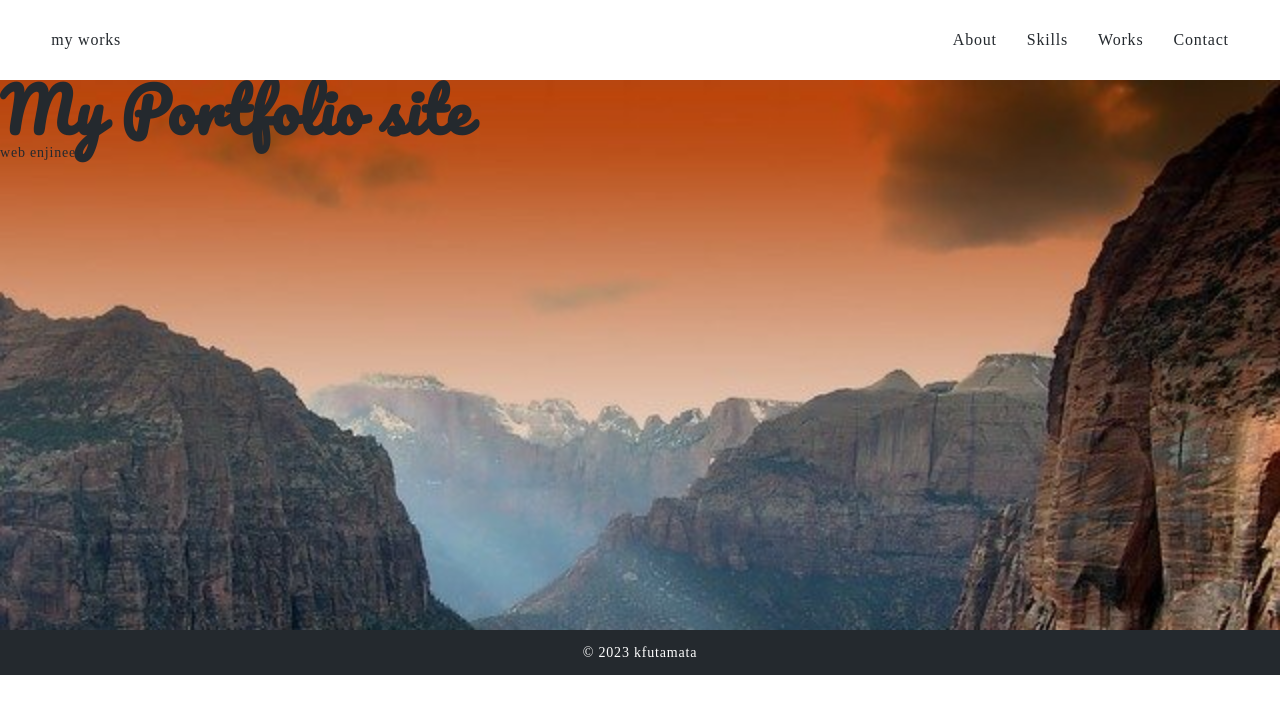
Repository: F-ksk/portfolio
Page: index.html
An editor plug-in stored every save of this project. The page is shown before and after the next save, followed by the edit.
The browser window is 1280 px wide. The pictures show the whole page.

Above is the page before, as saved 2023-06-28 01:30:29.

### index.html
<!DOCTYPE html>
<html>
    <head>
        <meta charset="UTF-8" />
        <meta http-equiv="X-UA-Compatible" content="IE=edge" />
        <meta name="viewport" content="width=device-width, initial-scale=1.0" />
        <meta name="robots" content="noindex" />
        <title>My Portfolio</title>
        <link rel="stylesheet" href="css/reset.css" />
        <link rel="stylesheet" href="css/style.css" />
    </head>
    <body>

        <header>
            <a href="index.html">my works</a>
            <nav>
                <ul>
                    <li>About</li>
                    <li>Skills</li>
                    <li>Works</li>
                    <li>Contact</li>
                </ul>
            </nav>
        </header>

        <div class="main-visual">
            <div>
                <h1>My Portfolio site</h1>
                <p>web enjineer</p>
            </div>
        </div>
        <footer>
            <p>&copy; 2023 kfutamata</p>
        </footer>
    </body>
</html>

### css/style.css
@charset "UTF-8";
@import url('https://fonts.googleapis.com/css2?family=Roboto:wght@100;300;400;500;700;900&display=swap');
@import url('https://fonts.googleapis.com/css2?family=Noto+Sans+JP:wght@300;400;500;700;900&display=swap');
@import url('https://fonts.googleapis.com/css2?family=Pacifico&display=swap');

html {
  font-size: 100%;
}

body {
    color: #24292e;
    letter-spacing: 0.05em;
}

a,a:visited {
    color: #24292e;
    text-decoration: none;
}

img {
    max-width: 100%;
}

li {
    list-style: none;
}

p {
    line-height: 1.8;
    font-size: 14px;
}

h1 {
    font-size: 60px;
    font-family: 'Pacifico';
}

h2 {
    font-size: 1.5rem;
    text-align: center;
    margin-bottom: 65px;
}

h3 {
    font-size: 16px;
}

header {
    max-width: 100%;
    background-color: #fff;
    display: flex;
    justify-content: space-between;
    height: 80px;
    padding: 0 4%;
    align-items: center;
    position: sticky;
    top: 0;
}

header ul {
    display: flex;
}

header li {
    margin-left: 30px;
}

footer {
    background-color: #24292e;
    color: #fff;
    font-size:  0.5rem;
    padding: 10px 20px;
    text-align: center;
}

.main-visual {
    width: 100%;
    height: 550px;
    background-image: url(/img/mountain.jpg);
    background-size: cover;
}

Loaded but not shown: css/reset.css (common file)

After the next save:
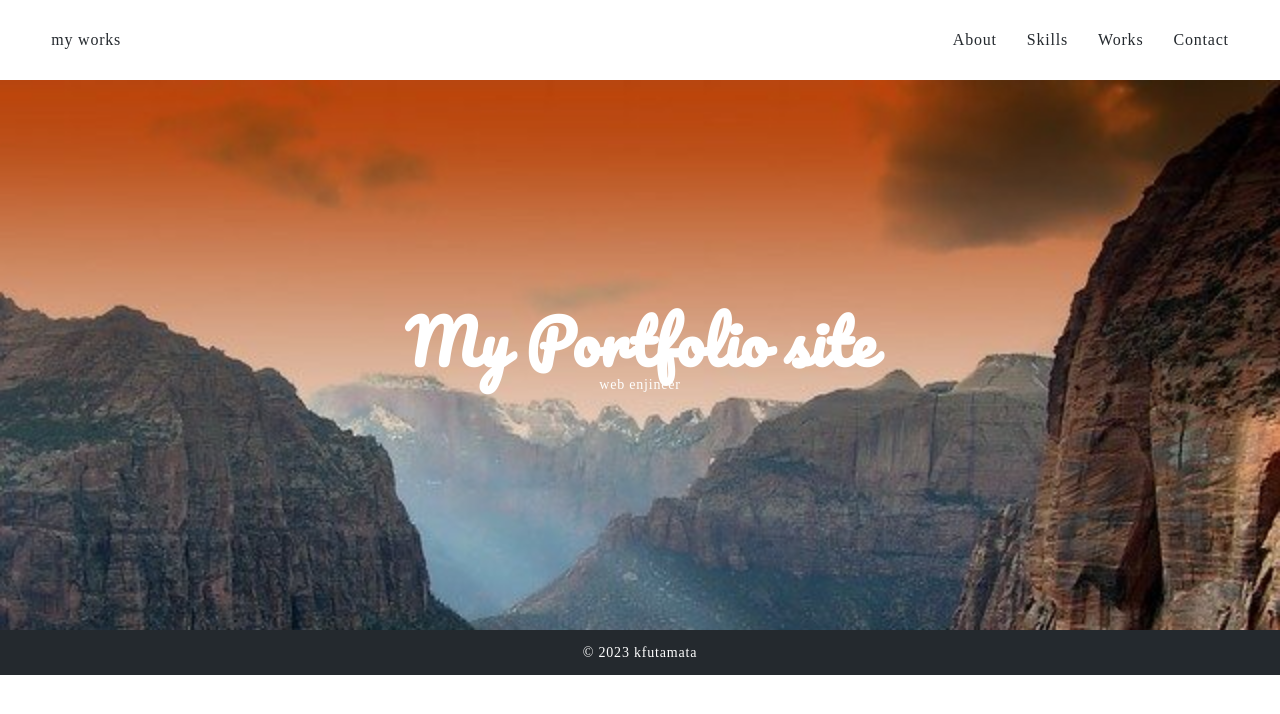
Saved 94 s later.
--- a/css/style.css
+++ b/css/style.css
@@ -78,4 +78,9 @@ footer {
     height: 550px;
     background-image: url(/img/mountain.jpg);
     background-size: cover;
+    color: #FFF;
+    text-align: center;
+    display: flex;
+    justify-content: center;
+    align-items: center;
 }
